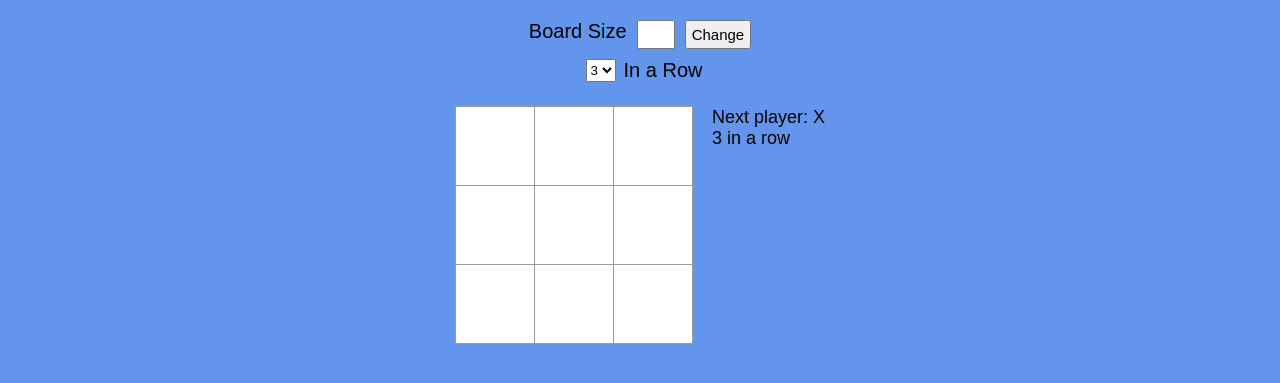
Repository: yshong211/tic-tac-toe-0708
Page: /
These files come from the project's save history. The page is drawn as it stood at one moment and after the next save; the edit follows.
The browser window is 1280 px wide. The pictures show the whole page.
The pointer rests on the first visible `.square`.
The project was rebuilt for these pictures with package versions that can differ from the ones it lists, and the page was loaded fresh each time.

Above is the page before, as saved 2020-07-09 10:05:20.

After the next save:
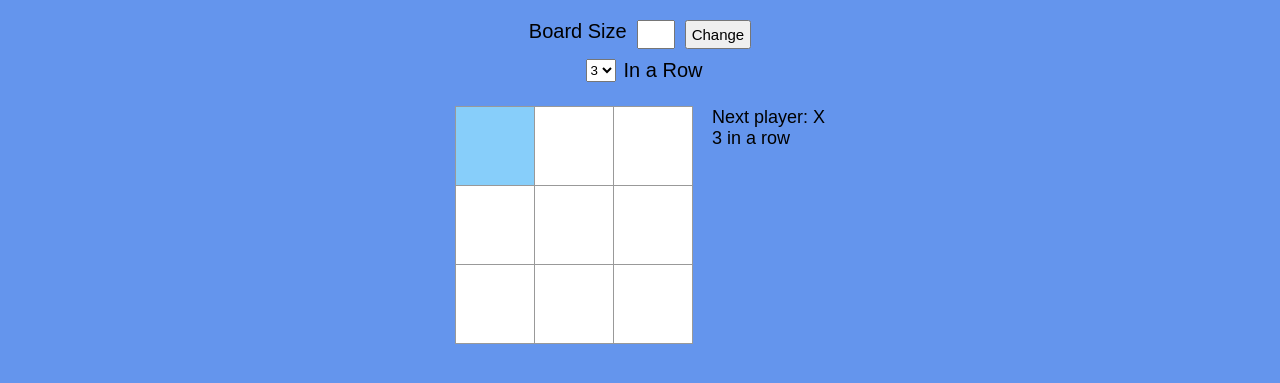
Saved 4 s later.
--- a/src/components/square/square.css
+++ b/src/components/square/square.css
@@ -14,4 +14,4 @@
     width: 80px;
   }
 
-  .square:hover {background-color: ##}
+  .square:hover {background-color: #87CEFA}
